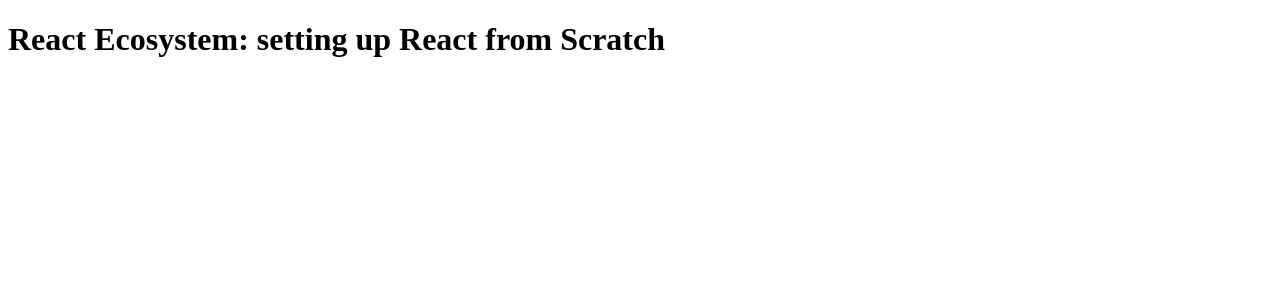
Repository: Chelle77322/ReactScratch
Page: /
The author's editor kept a copy of each file at every save. The page is drawn from the files as they stood at one save, then again after the next save.
The browser window is 1280 px wide. The pictures show the whole page.
The project was rebuilt for these pictures with package versions that can differ from the ones it lists, and the page was loaded fresh each time. Also part of the build but not shown: webpack.config.js.

Above is the page before, as saved 2022-12-26 09:52:56.

After the next save:
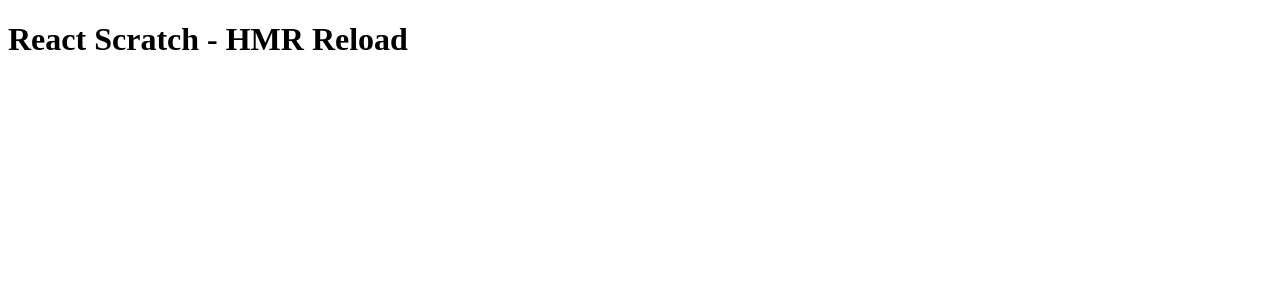
Saved 2 min 26 s later.
--- a/src/index.js
+++ b/src/index.js
@@ -2,7 +2,7 @@
 import ReactDOM from 'react-dom';
 class App extends React.Component {
   render() {
-    return <h1>React Ecosystem: setting up React from Scratch</h1>;
+    return <h1>React Scratch - HMR Reload</h1>;
     <p>🐫 </p>;
   }
 }
